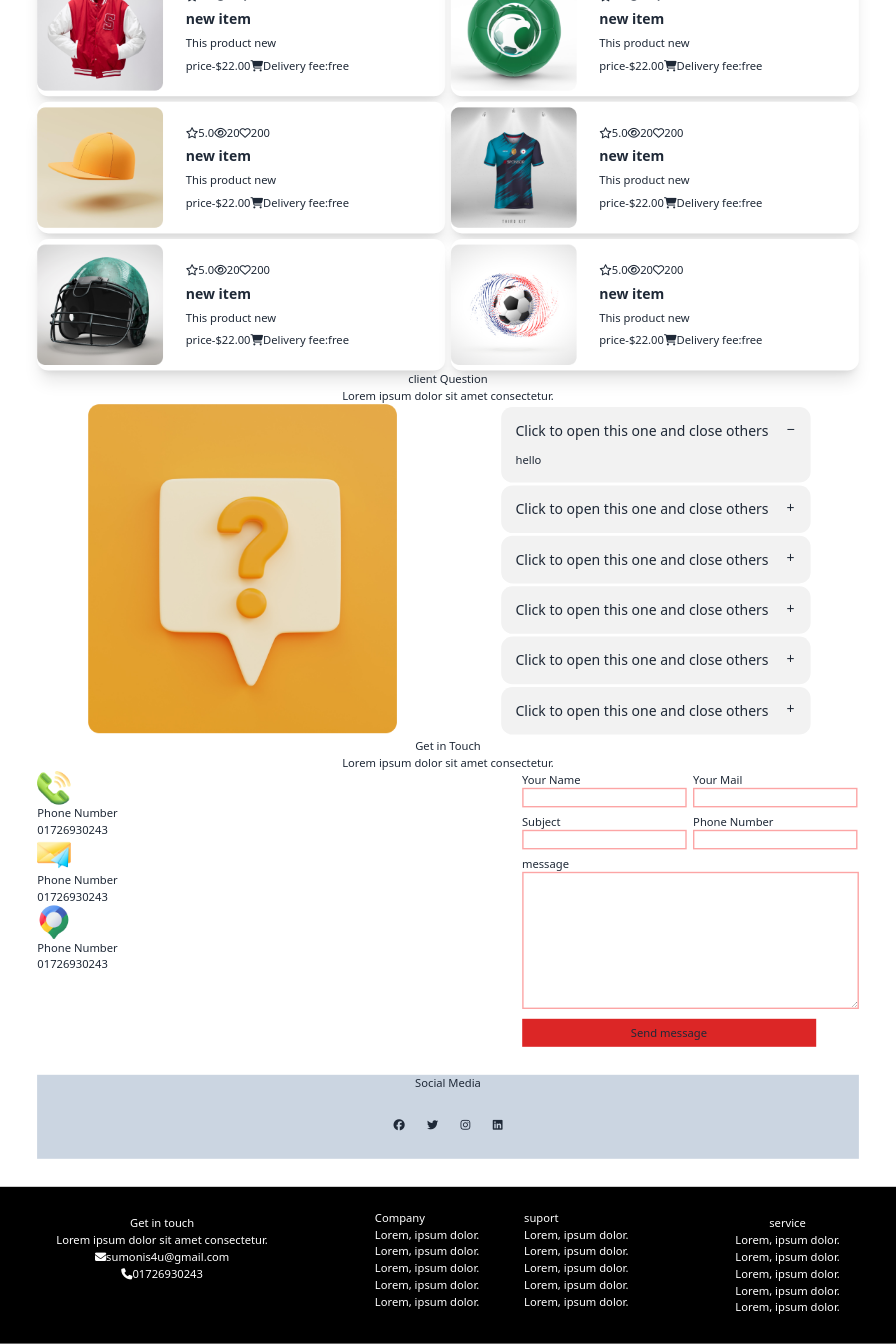
Repository: sumonkumarsarkar/bd-hockeys-team
Page: index.html
The author's editor kept a copy of each file at every save. The page is drawn from the files as they stood at one save, then again after the next save.
The browser window is 1280 px wide. The pictures show the part of the page from y = 2028 to 3948 px (the page is 3948 px tall), at 70% of full size.
Some web libraries are served in a nearby version.

Above is the page before, as saved 2024-01-24 10:52:28.

After the next save:
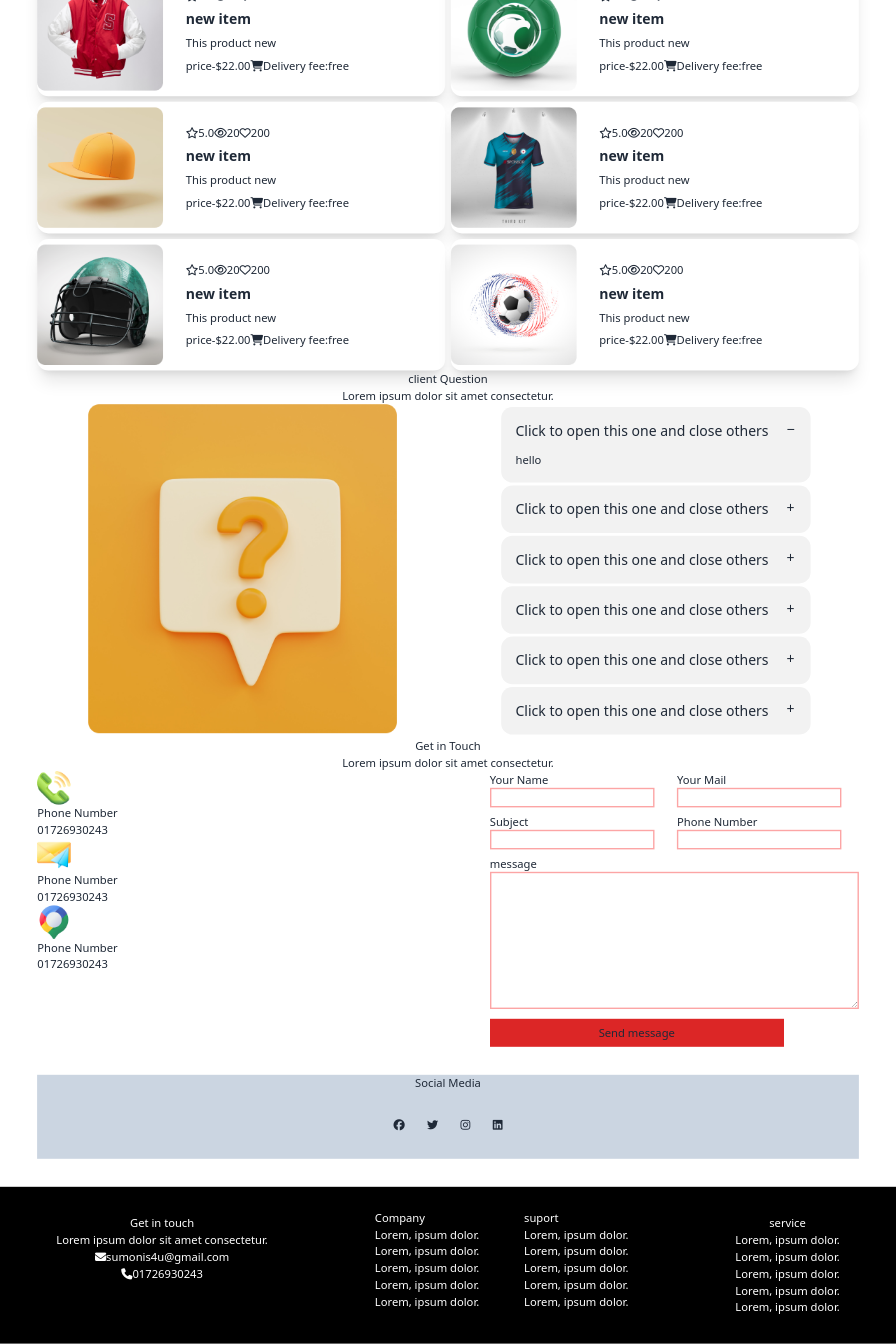
Saved 12 s later.
--- a/index.html
+++ b/index.html
@@ -523,7 +523,7 @@
 <div class="col-span-2">
     <form >
         <label for="number">message</label><br>
-        <textarea class="border-2 border-red-300" name=" message" id="" cols="50" rows="8"></textarea>
+        <textarea class="border-2 border-red-300" name=" message" id="" cols="55" rows="8"></textarea>
     </form>
 </div>
 <div class="col-span-2">
